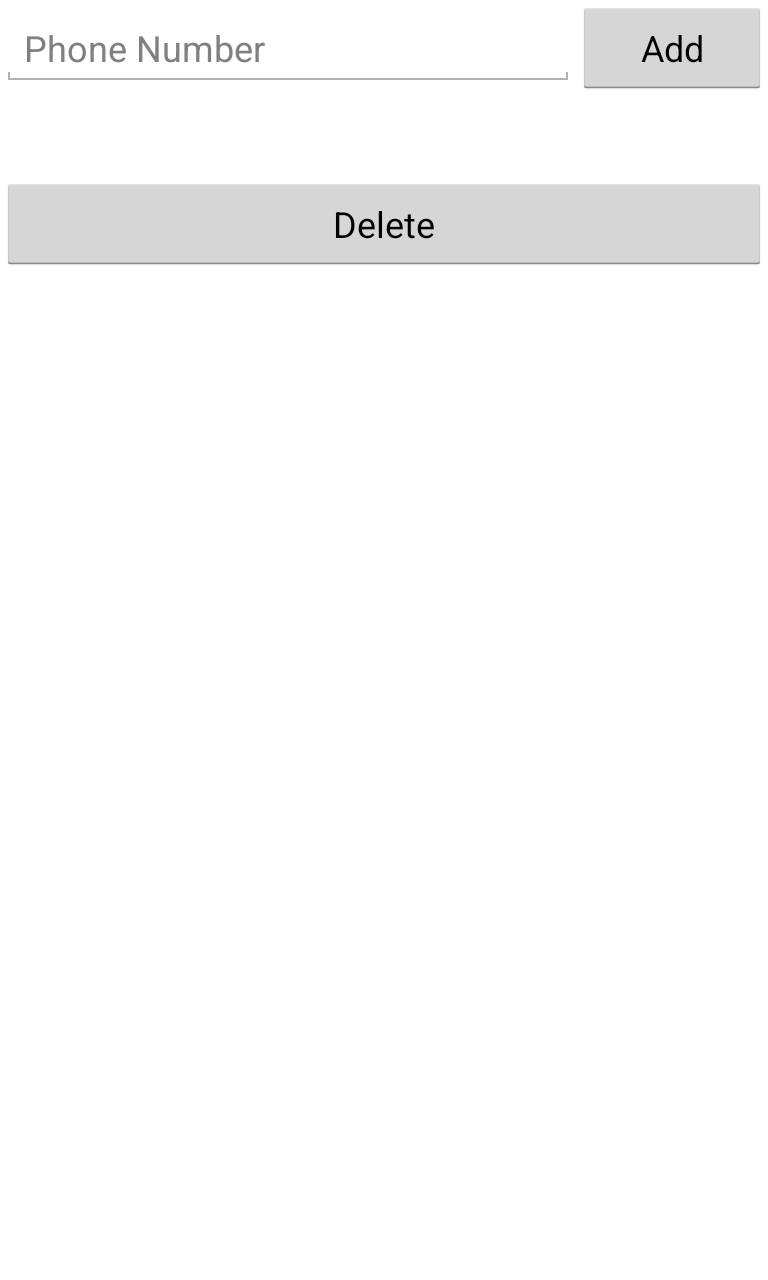
Repository: Liu-D-Henrry/Android
Layout: PhoneBlocker/res/layout/black_list_activity.xml
These files come from the project's save history. The layout is drawn as it stood at one moment and after the next save; the edit follows.
It is drawn on a 768 x 1280 px phone screen (xhdpi) without system bars, with theme AppTheme; the app's code is not run. Lists and similar views that code fills are empty.

Above is the layout before, as saved 2013-09-12 08:14:08.

After the next save:
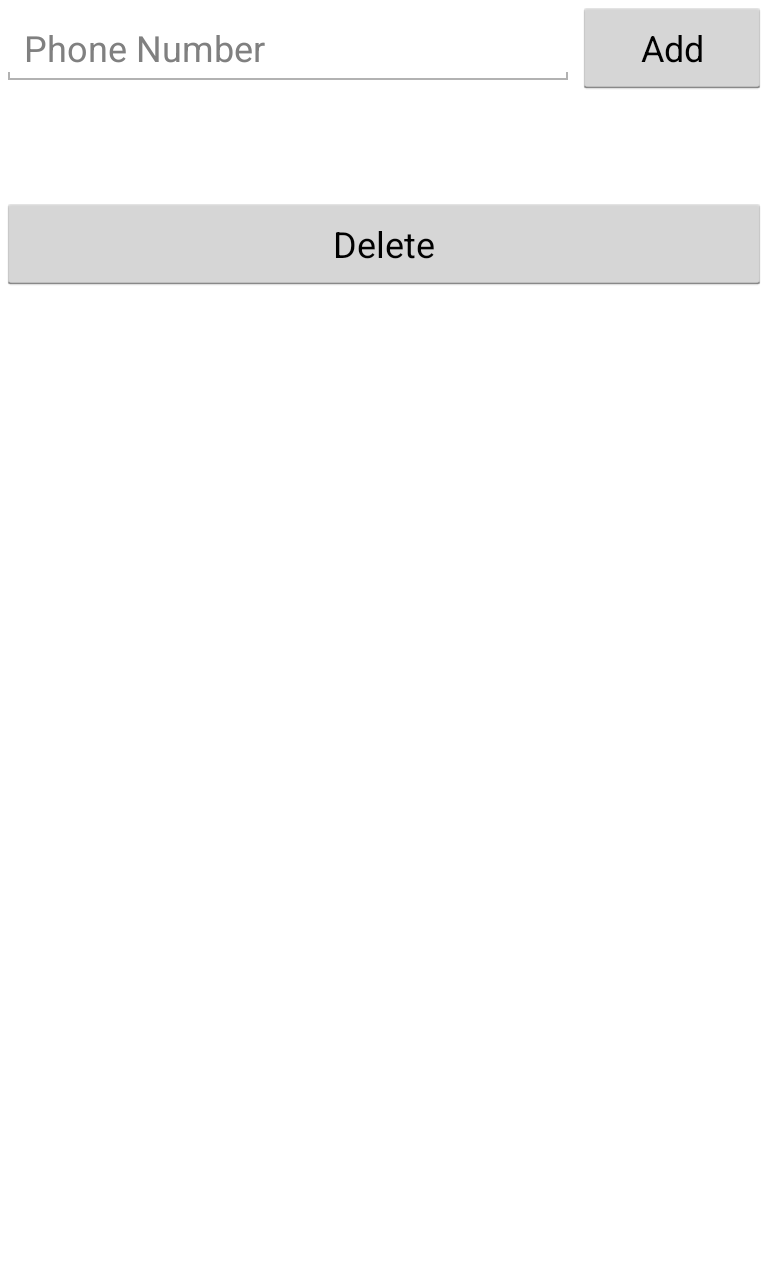
Saved 60 s later.
--- a/PhoneBlocker/res/layout/black_list_activity.xml
+++ b/PhoneBlocker/res/layout/black_list_activity.xml
@@ -29,7 +29,7 @@
         android:id="@+id/blacklist"
         android:layout_width="match_parent"
         android:layout_height="wrap_content"
-        android:layout_marginBottom="40dp" />
+        android:layout_marginBottom="50dp" />
 
     <Button
         android:id="@+id/delete"
